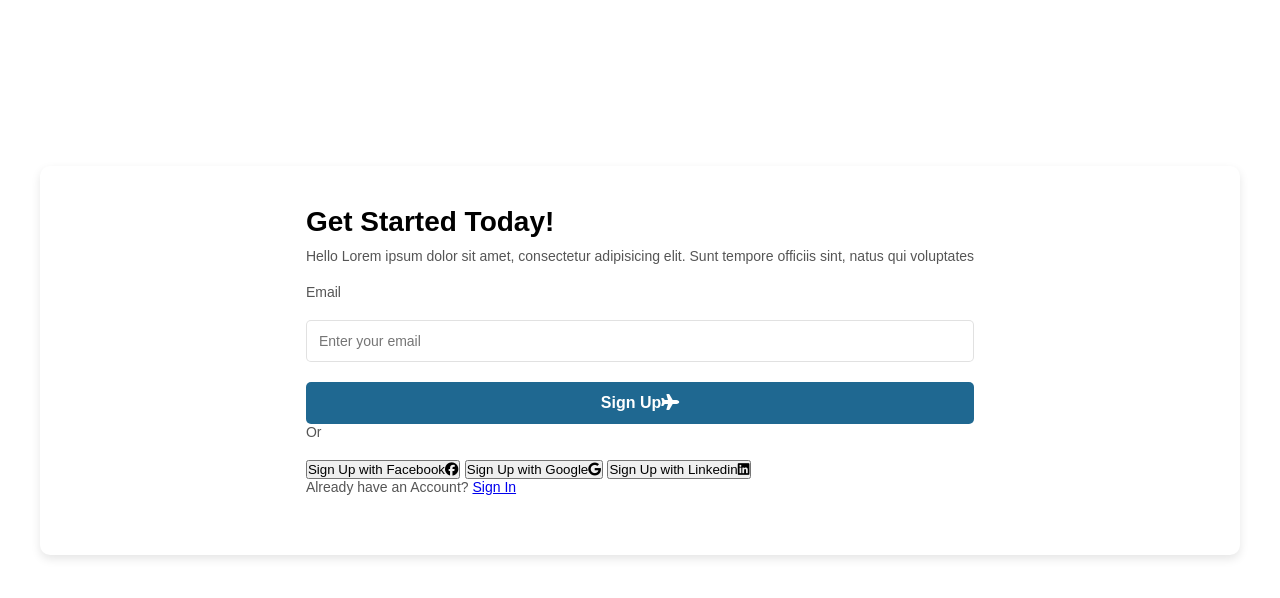
Repository: Femi007-gh/Login-V2
Page: index.html
These files come from the project's save history. The page is drawn as it stood at one moment and after a run of saves; the edit follows.
The browser window is 1280 px wide. The pictures show the whole page.
The pointer rests on the first visible `.primary-btn`.

Above is the page before, as saved 2025-01-27 07:07:28.

After the next 6 saves:
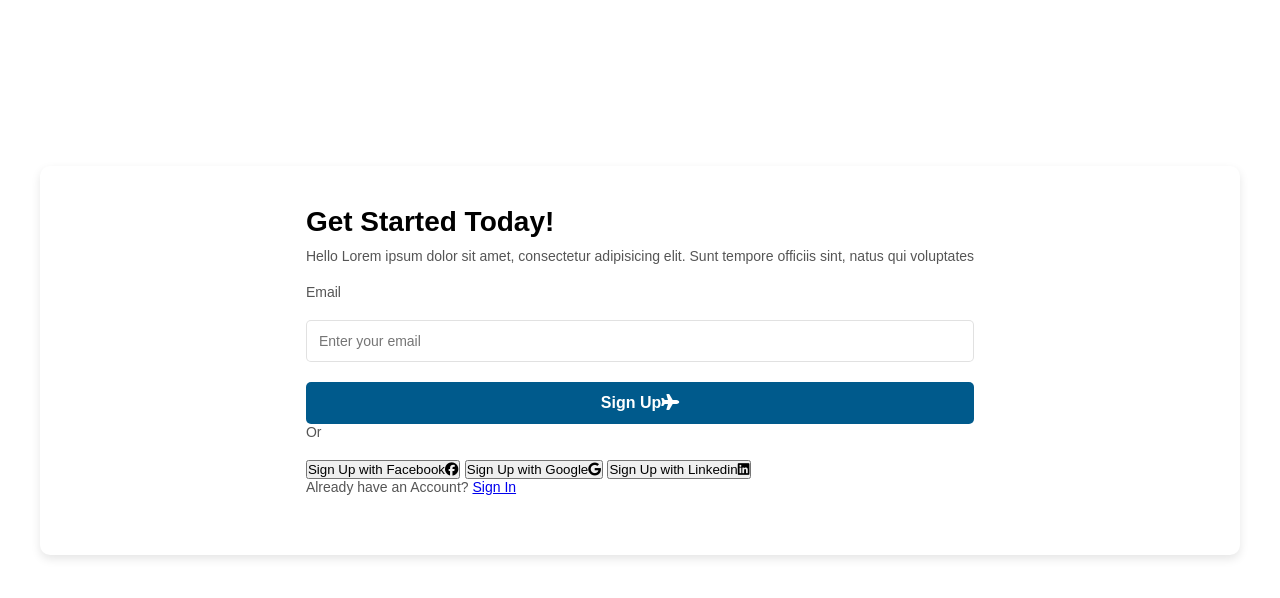
The 6 saves are shown as one change because they came seconds apart.
The last was saved 14 s later.
--- a/style.css
+++ b/style.css
@@ -67,5 +67,5 @@ p {
 }
 
 .primary-btn:hover {
-  background-color: ;
+  background-color: #005a8c;
 }
